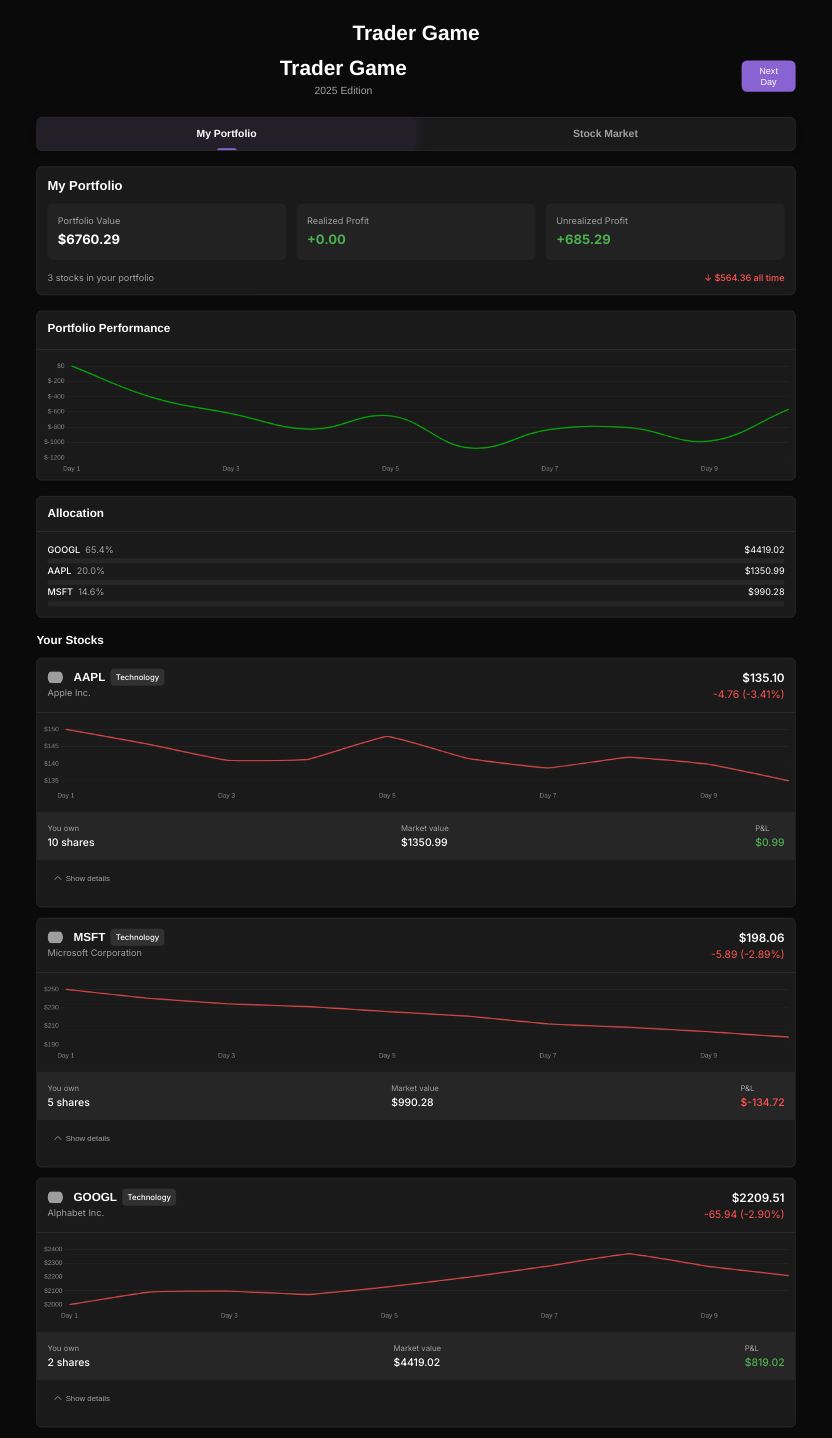
Repository: jp-valino/tradergame
Page: / (app in web-ui/)
The author's editor kept a copy of each file at every save. The page is drawn from the files as they stood at one save, then again after the next save.
The browser window is 1280 px wide. The pictures show the whole page, at 65% of full size.
Pictures or frames that could not be fetched are drawn as grey boxes. Some web fonts or font styles are not loaded; a fallback is used. The project was rebuilt for these pictures with package versions that can differ from the ones it lists, and the page was loaded fresh each time. Also part of the build but not shown: web-ui/src/components/StockMarket.tsx.

Above is the page before, as saved 2025-03-14 20:45:10.

### web-ui/public/index.html
<!DOCTYPE html>
<html lang="en">
  <head>
    <meta charset="utf-8" />
    <link rel="icon" href="%PUBLIC_URL%/favicon.ico" />
    <meta name="viewport" content="width=device-width, initial-scale=1" />
    <meta name="theme-color" content="#1e1e1e" />
    <meta
      name="description"
      content="Trader Game - A stock trading simulation game"
    />
    <link rel="apple-touch-icon" href="%PUBLIC_URL%/logo192.png" />
    <link rel="manifest" href="%PUBLIC_URL%/manifest.json" />
    <title>Trader Game</title>
    <link href="https://fonts.googleapis.com/css2?family=Switzer:wght@300;400;500;600;700&display=swap" rel="stylesheet">
  </head>
  <body>
    <noscript>You need to enable JavaScript to run this app.</noscript>
    <div id="root"></div>
    <!--
      This HTML file is a template.
      If you open it directly in the browser, you will see an empty page.

      You can add webfonts, meta tags, or analytics to this file.
      The build step will place the bundled scripts into the <body> tag.

      To begin the development, run `npm start` or `yarn start`.
      To create a production bundle, use `npm run build` or `yarn build`.
    -->
    <script>
      // Handle scrolling header effect
      document.addEventListener('DOMContentLoaded', function() {
        const handleScroll = () => {
          const header = document.querySelector('.site-header');
          if (header) {
            if (window.scrollY > 50) {
              header.classList.add('scrolled');
            } else {
              header.classList.remove('scrolled');
            }
          }
        };

        window.addEventListener('scroll', handleScroll);
        handleScroll(); // Initial check
      });
    </script>
  </body>
</html>

### web-ui/src/index.tsx
import React from 'react';
import ReactDOM from 'react-dom/client';
import App from './App';
import './styles/index.css';

const root = ReactDOM.createRoot(
  document.getElementById('root') as HTMLElement
);

root.render(
  <React.StrictMode>
    <App />
  </React.StrictMode>
);

### web-ui/src/App.tsx
import React, { useState, useEffect } from 'react';
import { StockPortfolio, StockTransaction } from './types';
import Header from './components/Header';
import StockMarket from './components/StockMarket';
import Portfolio from './components/Portfolio';
import {
  getPortfolio,
  getStocks,
  getStockPool,
  buyStock,
  sellStock,
  progressDay,
  resetPortfolio,
  savePortfolio,
  loadPortfolio,
  createStock
} from './services/api';
import './styles/index.css';

const App: React.FC = () => {
  const [portfolio, setPortfolio] = useState<StockPortfolio | null>(null);
  const [successMessage, setSuccessMessage] = useState<string | null>(null);
  const [errorMessage, setErrorMessage] = useState<string | null>(null);
  const [isScrolled, setIsScrolled] = useState(false);
  const [activeTab, setActiveTab] = useState<'portfolio' | 'market'>('portfolio');

  useEffect(() => {
    fetchPortfolio();

    // Add scroll event listener
    const handleScroll = () => {
      if (window.scrollY > 20) {
        setIsScrolled(true);
      } else {
        setIsScrolled(false);
      }
    };

    window.addEventListener('scroll', handleScroll);

    return () => {
      window.removeEventListener('scroll', handleScroll);
    };
  }, []);

  const fetchPortfolio = async () => {
    try {
      const data = await getPortfolio();
      setPortfolio(data);
    } catch (error) {
      console.error('Error fetching portfolio:', error);
      setErrorMessage('Failed to load portfolio data. Please try again.');
    }
  };

  const handleBuyStock = async (symbol: string, quantity: number) => {
    try {
      const transaction = await buyStock(symbol, quantity);
      setPortfolio(prevPortfolio => {
        if (!prevPortfolio) return null;

        // Find the stock in the portfolio
        const stockIndex = prevPortfolio.ownedStocks.findIndex(s => s.symbol === symbol);

        if (stockIndex >= 0) {
          // Update existing stock
          const updatedStocks = [...prevPortfolio.ownedStocks];
          updatedStocks[stockIndex] = {
            ...updatedStocks[stockIndex],
            quantity: updatedStocks[stockIndex].quantity + quantity,
            buyPrice: transaction.price
          };

          return {
            ...prevPortfolio,
            cash: prevPortfolio.cash - (transaction.price * quantity),
            ownedStocks: updatedStocks,
            portfolioValue: calculatePortfolioValue(updatedStocks),
            transactions: [...prevPortfolio.transactions, transaction]
          };
        } else {
          // Add new stock to portfolio
          const stockPool = prevPortfolio.stockPool;
          const stockToBuy = stockPool.find(s => s.symbol === symbol);

          if (!stockToBuy) return prevPortfolio;

          const newStock = {
            ...stockToBuy,
            quantity,
            buyPrice: transaction.price,
            potentialProfit: 0,
            realizedProfit: 0
          };

          return {
            ...prevPortfolio,
            cash: prevPortfolio.cash - (transaction.price * quantity),
            ownedStocks: [...prevPortfolio.ownedStocks, newStock],
            portfolioValue: calculatePortfolioValue([...prevPortfolio.ownedStocks, newStock]),
            transactions: [...prevPortfolio.transactions, transaction]
          };
        }
      });

      setSuccessMessage(`Successfully bought ${quantity} shares of ${symbol}`);
      setTimeout(() => setSuccessMessage(null), 3000);

      // Switch to portfolio tab after buying
      setActiveTab('portfolio');
    } catch (error) {
      console.error('Error buying stock:', error);
      setErrorMessage(`Failed to buy ${symbol}. Please try again.`);
      setTimeout(() => setErrorMessage(null), 3000);
    }
  };

  const handleSellStock = async (symbol: string, quantity: number) => {
    try {
      const transaction = await sellStock(symbol, quantity);
      setPortfolio(prevPortfolio => {
        if (!prevPortfolio) return null;

        // Find the stock in the portfolio
        const stockIndex = prevPortfolio.ownedStocks.findIndex(s => s.symbol === symbol);

        if (stockIndex >= 0) {
          const stock = prevPortfolio.ownedStocks[stockIndex];
          const updatedStocks = [...prevPortfolio.ownedStocks];

          if (stock.quantity <= quantity) {
            // Remove stock if selling all shares
            updatedStocks.splice(stockIndex, 1);
          } else {
            // Update quantity if selling some shares
            updatedStocks[stockIndex] = {
              ...stock,
              quantity: stock.quantity - quantity,
              realizedProfit: stock.realizedProfit + (transaction.price - stock.buyPrice) * quantity
            };
          }

          return {
            ...prevPortfolio,
            cash: prevPortfolio.cash + (transaction.price * quantity),
            ownedStocks: updatedStocks,
            portfolioValue: calculatePortfolioValue(updatedStocks),
            transactions: [...prevPortfolio.transactions, transaction]
          };
        }

        return prevPortfolio;
      });

      setSuccessMessage(`Successfully sold ${quantity} shares of ${symbol}`);
      setTimeout(() => setSuccessMessage(null), 3000);
    } catch (error) {
      console.error('Error selling stock:', error);
      setErrorMessage(`Failed to sell ${symbol}. Please try again.`);
      setTimeout(() => setErrorMessage(null), 3000);
    }
  };

  const handleProgressDay = async () => {
    try {
      const updatedPortfolio = await progressDay();
      setPortfolio(updatedPortfolio);
      setSuccessMessage('Successfully progressed to the next day');
      setTimeout(() => setSuccessMessage(null), 3000);
    } catch (error) {
      console.error('Error progressing day:', error);
      setErrorMessage('Failed to progress to the next day. Please try again.');
      setTimeout(() => setErrorMessage(null), 3000);
    }
  };

  const handleResetPortfolio = async () => {
    try {
      const newPortfolio = await resetPortfolio();
      setPortfolio(newPortfolio);
      setSuccessMessage('Portfolio has been reset');
      setTimeout(() => setSuccessMessage(null), 3000);
    } catch (error) {
      console.error('Error resetting portfolio:', error);
      setErrorMessage('Failed to reset portfolio. Please try again.');
      setTimeout(() => setErrorMessage(null), 3000);
    }
  };

  const handleSavePortfolio = async () => {
    try {
      await savePortfolio();
      setSuccessMessage('Portfolio saved successfully');
      setTimeout(() => setSuccessMessage(null), 3000);
    } catch (error) {
      console.error('Error saving portfolio:', error);
      setErrorMessage('Failed to save portfolio. Please try again.');
      setTimeout(() => setErrorMessage(null), 3000);
    }
  };

  const handleLoadPortfolio = async () => {
    try {
      const loadedPortfolio = await loadPortfolio();
      setPortfolio(loadedPortfolio);
      setSuccessMessage('Portfolio loaded successfully');
      setTimeout(() => setSuccessMessage(null), 3000);
    } catch (error) {
      console.error('Error loading portfolio:', error);
      setErrorMessage('Failed to load portfolio. Please try again.');
      setTimeout(() => setErrorMessage(null), 3000);
    }
  };

  const handleCreateStock = async (name: string, symbol: string, sector: string) => {
    try {
      const newStock = await createStock(name, symbol, sector);
      setPortfolio(prevPortfolio => {
        if (!prevPortfolio) return null;

        return {
          ...prevPortfolio,
          stockPool: [...prevPortfolio.stockPool, newStock]
        };
      });

      setSuccessMessage(`Successfully created new stock: ${symbol}`);
      setTimeout(() => setSuccessMessage(null), 3000);
    } catch (error) {
      console.error('Error creating stock:', error);
      setErrorMessage(`Failed to create stock ${symbol}. Please try again.`);
      setTimeout(() => setErrorMessage(null), 3000);
    }
  };

  const calculatePortfolioValue = (stocks: any[]) => {
    return stocks.reduce((total, stock) => total + (stock.currentPrice * stock.quantity), 0);
  };

  return (
    <div className="min-h-screen bg-background">
      <div className={`site-header ${isScrolled ? 'scrolled' : ''}`}>
        <div className="container">
          <h1 className="site-title">Trader Game</h1>
        </div>
      </div>

      <Header
        portfolio={portfolio}
        onProgressDay={handleProgressDay}
        onReset={handleResetPortfolio}
        onSave={handleSavePortfolio}
        onLoad={handleLoadPortfolio}
        isScrolled={isScrolled}
      />

      <main className="container py-4">
        {successMessage && (
          <div className="bg-success p-3 rounded mb-4 fade-in">
            <p>{successMessage}</p>
          </div>
        )}

        {errorMessage && (
          <div className="bg-error p-3 rounded mb-4 fade-in">
            <p>{errorMessage}</p>
          </div>
        )}

        {/* Tab Navigation */}
        <div className="tab-navigation">
          <div className={`tab-indicator ${activeTab === 'market' ? 'market' : ''}`}></div>
          <button
            className={`tab-button ${activeTab === 'portfolio' ? 'active' : ''}`}
            onClick={() => setActiveTab('portfolio')}
          >
            My Portfolio
          </button>
          <button
            className={`tab-button ${activeTab === 'market' ? 'active' : ''}`}
            onClick={() => setActiveTab('market')}
          >
            Stock Market
          </button>
        </div>

        {/* Tab Content */}
        <div className="tab-content">
          {portfolio && activeTab === 'portfolio' && (
            <Portfolio
              stocks={portfolio.ownedStocks}
              pnlHistory={portfolio.pnlHistory}
              onSell={handleSellStock}
            />
          )}

          {portfolio && activeTab === 'market' && (
            <StockMarket
              stocks={portfolio.stockPool}
              onBuy={handleBuyStock}
              onCreateStock={handleCreateStock}
              marketState={portfolio.marketState}
            />
          )}
        </div>
      </main>
    </div>
  );
};

export default App;

### web-ui/src/components/Header.tsx
import React from 'react';
import { StockPortfolio } from '../types';

interface HeaderProps {
  portfolio: StockPortfolio | null;
  onProgressDay: () => void;
  onReset: () => void;
  onSave: () => void;
  onLoad: () => void;
  isScrolled: boolean;
}

const Header: React.FC<HeaderProps> = ({
  portfolio,
  onProgressDay,
  onReset,
  onSave,
  onLoad,
  isScrolled
}) => {
  return (
    <div className={`app-header mb-4 ${isScrolled ? 'scrolled' : ''}`}>
      <div className="container flex justify-between items-center">
        <div className="flex items-center header-content">
          <div className="site-branding">
            <div className="site-logo">
              {isScrolled && (
                <svg width="24" height="24" viewBox="0 0 24 24" fill="none" xmlns="http://www.w3.org/2000/svg" className="header-icon">
                  <path d="M3 9L12 2L21 9V20C21 20.5304 20.7893 21.0391 20.4142 21.4142C20.0391 21.7893 19.5304 22 19 22H5C4.46957 22 3.96086 21.7893 3.58579 21.4142C3.21071 21.0391 3 20.5304 3 20V9Z" stroke="currentColor" strokeWidth="2" strokeLinecap="round" strokeLinejoin="round"/>
                  <path d="M9 22V12H15V22" stroke="currentColor" strokeWidth="2" strokeLinecap="round" strokeLinejoin="round"/>
                  <path d="M17 7L21 9" stroke="currentColor" strokeWidth="2" strokeLinecap="round" strokeLinejoin="round" className="accent-stroke"/>
                  <path d="M7 7L3 9" stroke="currentColor" strokeWidth="2" strokeLinecap="round" strokeLinejoin="round" className="accent-stroke"/>
                  <path d="M12 2L17 7H7L12 2Z" stroke="currentColor" strokeWidth="2" strokeLinecap="round" strokeLinejoin="round" className="accent-stroke"/>
                </svg>
              )}
              <h1 className="site-title">
                <span className="title-main">Trader Game</span>
                <span className="title-edition">2025 Edition</span>
              </h1>
            </div>
          </div>

          <div className="mr-8 trading-day">
            <p className="text-secondary text-sm">
              Day <span className="text-primary font-medium">{portfolio?.tradingDay || 1}</span>
            </p>
          </div>

          {portfolio && (
            <div className="hidden md:flex items-center">
              <div className="stock-badge mr-2 badge-bull">
                <span className={`${portfolio.marketState === 'BULL' ? 'text-success' : 'text-secondary'}`}>
                  BULL
                </span>
              </div>
              <div className="stock-badge mr-2 badge-bear">
                <span className={`${portfolio.marketState === 'BEAR' ? 'text-error' : 'text-secondary'}`}>
                  BEAR
                </span>
              </div>
            </div>
          )}
        </div>

        <div className="hidden md:flex gap-6">
          {portfolio && (
            <div className="text-right">
              <p className="text-secondary text-xs">Cash</p>
              <p className="text-lg font-medium">
                ${portfolio.cash.toFixed(2)}
              </p>
            </div>
          )}
          {portfolio && (
            <div className="text-right">
              <p className="text-secondary text-xs">Portfolio Value</p>
              <p className="text-lg font-medium">
                ${portfolio.portfolioValue.toFixed(2)}
              </p>
            </div>
          )}
          {portfolio && (
            <div className="text-right">
              <p className="text-secondary text-xs">Total P&L</p>
              <p className={`text-lg font-medium ${portfolio.totalPnl >= 0 ? 'text-success' : 'text-error'}`}>
                ${portfolio.totalPnl.toFixed(2)}
              </p>
            </div>
          )}
        </div>

        <div className="flex gap-2">
          <button className="btn" onClick={onProgressDay}>
            Next Day
          </button>
          <div className="hidden md:flex gap-2">
            <button className="btn btn-secondary" onClick={onSave}>
              Save
            </button>
            <button className="btn btn-secondary" onClick={onLoad}>
              Load
            </button>
            <button className="btn btn-secondary" onClick={onReset}>
              Reset
            </button>
          </div>
          <div className="md:hidden">
            <button className="btn btn-secondary p-2" onClick={() => {
              const menu = document.getElementById('mobile-menu');
              if (menu) {
                menu.classList.toggle('hidden');
              }
            }}>
              ☰
            </button>
          </div>
        </div>
      </div>

      {/* Mobile menu */}
      <div id="mobile-menu" className="hidden md:hidden mt-4 p-4 bg-secondary rounded fade-in">
        <div className="flex justify-between mb-4">
          {portfolio && (
            <div>
              <p className="text-secondary text-xs">Cash</p>
              <p className="text-md font-medium">
                ${portfolio.cash.toFixed(2)}
              </p>
            </div>
          )}
          {portfolio && (
            <div>
              <p className="text-secondary text-xs">Portfolio Value</p>
              <p className="text-md font-medium">
                ${portfolio.portfolioValue.toFixed(2)}
              </p>
            </div>
          )}
        </div>
        <div className="flex gap-2 justify-between">
          <button className="btn btn-secondary flex-1" onClick={onSave}>
            Save
          </button>
          <button className="btn btn-secondary flex-1" onClick={onLoad}>
            Load
          </button>
          <button className="btn btn-secondary flex-1" onClick={onReset}>
            Reset
          </button>
        </div>
      </div>
    </div>
  );
};

export default Header;

### web-ui/src/services/api.ts
import axios from 'axios';
import { Stock, StockPortfolio, StockTransaction, NewStockRequest } from '../types';
import {
  getMockPortfolio,
  mockBuyStock,
  mockSellStock,
  mockProgressDay,
  mockResetPortfolio,
  mockCreateStock
} from './mockData';

// Flag to determine whether to use mock data or real API
const USE_MOCK_DATA = true;

const API_URL = '/api/portfolio';

export const getPortfolio = async (): Promise<StockPortfolio> => {
  if (USE_MOCK_DATA) {
    // Simulate network delay
    await new Promise(resolve => setTimeout(resolve, 500));
    return getMockPortfolio();
  }

  const response = await axios.get<StockPortfolio>(API_URL);
  return response.data;
};

export const getStocks = async (): Promise<Stock[]> => {
  if (USE_MOCK_DATA) {
    // Simulate network delay
    await new Promise(resolve => setTimeout(resolve, 500));
    return getMockPortfolio().stocks;
  }

  const response = await axios.get<Stock[]>(`${API_URL}/stocks`);
  return response.data;
};

export const getStockPool = async (): Promise<Stock[]> => {
  if (USE_MOCK_DATA) {
    // Simulate network delay
    await new Promise(resolve => setTimeout(resolve, 500));
    return getMockPortfolio().stockPool;
  }

  const response = await axios.get<Stock[]>(`${API_URL}/pool`);
  return response.data;
};

export const buyStock = async (symbol: string, quantity: number): Promise<StockTransaction> => {
  if (USE_MOCK_DATA) {
    // Simulate network delay
    await new Promise(resolve => setTimeout(resolve, 500));
    const result = mockBuyStock(symbol, quantity);
    return {
      symbol,
      quantity,
      price: result.price,
      type: 'BUY',
      date: new Date().toISOString()
    };
  }

  const response = await axios.post<StockTransaction>(`${API_URL}/buy`, { symbol, quantity });
  return response.data;
};

export const sellStock = async (symbol: string, quantity: number): Promise<StockTransaction> => {
  if (USE_MOCK_DATA) {
    // Simulate network delay
    await new Promise(resolve => setTimeout(resolve, 500));
    const result = mockSellStock(symbol, quantity);
    return {
      symbol,
      quantity,
      price: result.price,
      type: 'SELL',
      date: new Date().toISOString()
    };
  }

  const response = await axios.post<StockTransaction>(`${API_URL}/sell`, { symbol, quantity });
  return response.data;
};

export const progressDay = async (): Promise<StockPortfolio> => {
  if (USE_MOCK_DATA) {
    // Simulate network delay
    await new Promise(resolve => setTimeout(resolve, 500));
    mockProgressDay();
    return getMockPortfolio();
  }

  const response = await axios.post<StockPortfolio>(`${API_URL}/progress-day`);
  return response.data;
};

export const resetPortfolio = async (): Promise<StockPortfolio> => {
  if (USE_MOCK_DATA) {
    // Simulate network delay
    await new Promise(resolve => setTimeout(resolve, 500));
    mockResetPortfolio();
    return getMockPortfolio();
  }

  const response = await axios.post<StockPortfolio>(`${API_URL}/reset`);
  return response.data;
};

export const savePortfolio = async (): Promise<void> => {
  if (USE_MOCK_DATA) {
    // Simulate network delay
    await new Promise(resolve => setTimeout(resolve, 500));
    // In mock mode, we don't need to do anything for save
    return;
  }

  await axios.post(`${API_URL}/save`);
};

export const loadPortfolio = async (): Promise<StockPortfolio> => {
  if (USE_MOCK_DATA) {
    // Simulate network delay
    await new Promise(resolve => setTimeout(resolve, 500));
    // In mock mode, just return the current portfolio
    return getMockPortfolio();
  }

  const response = await axios.post<StockPortfolio>(`${API_URL}/load`);
  return response.data;
};

export const createStock = async (name: string, symbol: string, sector: string): Promise<Stock> => {
  if (USE_MOCK_DATA) {
    // Simulate network delay
    await new Promise(resolve => setTimeout(resolve, 500));
    mockCreateStock(name, symbol, sector);
    const portfolio = getMockPortfolio();
    return portfolio.stockPool.find(s => s.symbol === symbol) as Stock;
  }

  const response = await axios.post<Stock>(`${API_URL}/create-stock`, { name, symbol, sector });
  return response.data;
};

Loaded but not shown: web-ui/src/styles/index.css (1011 lines, source omitted); web-ui/src/components/StockCard.tsx (351 lines, source omitted); web-ui/src/services/mockData.ts (294 lines, source omitted); web-ui/src/components/Portfolio.tsx (251 lines, source omitted)

After the next save:
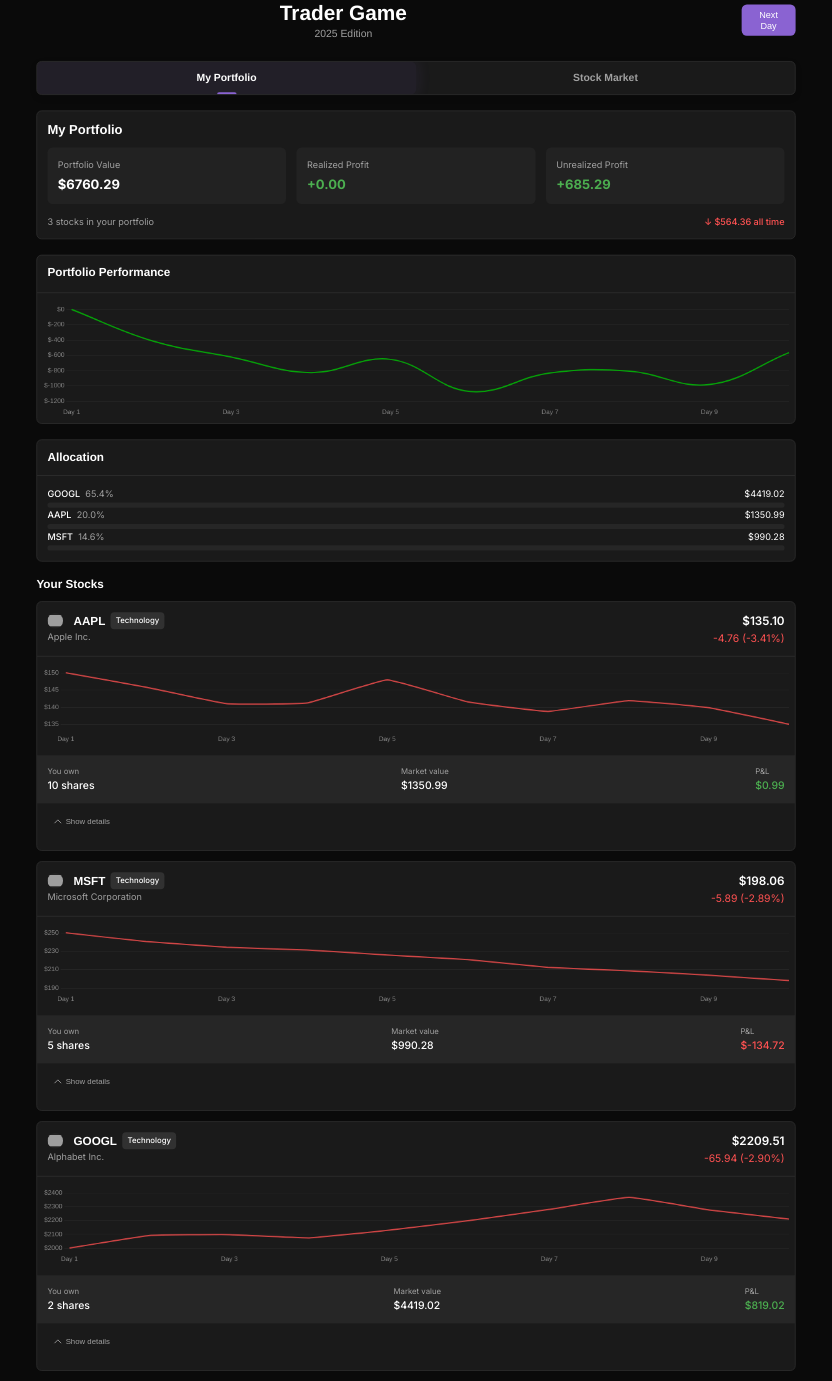
Saved 77 s later.
--- a/web-ui/src/App.tsx
+++ b/web-ui/src/App.tsx
@@ -239,12 +239,6 @@
 
   return (
     <div className="min-h-screen bg-background">
-      <div className={`site-header ${isScrolled ? 'scrolled' : ''}`}>
-        <div className="container">
-          <h1 className="site-title">Trader Game</h1>
-        </div>
-      </div>
-
       <Header
         portfolio={portfolio}
         onProgressDay={handleProgressDay}
